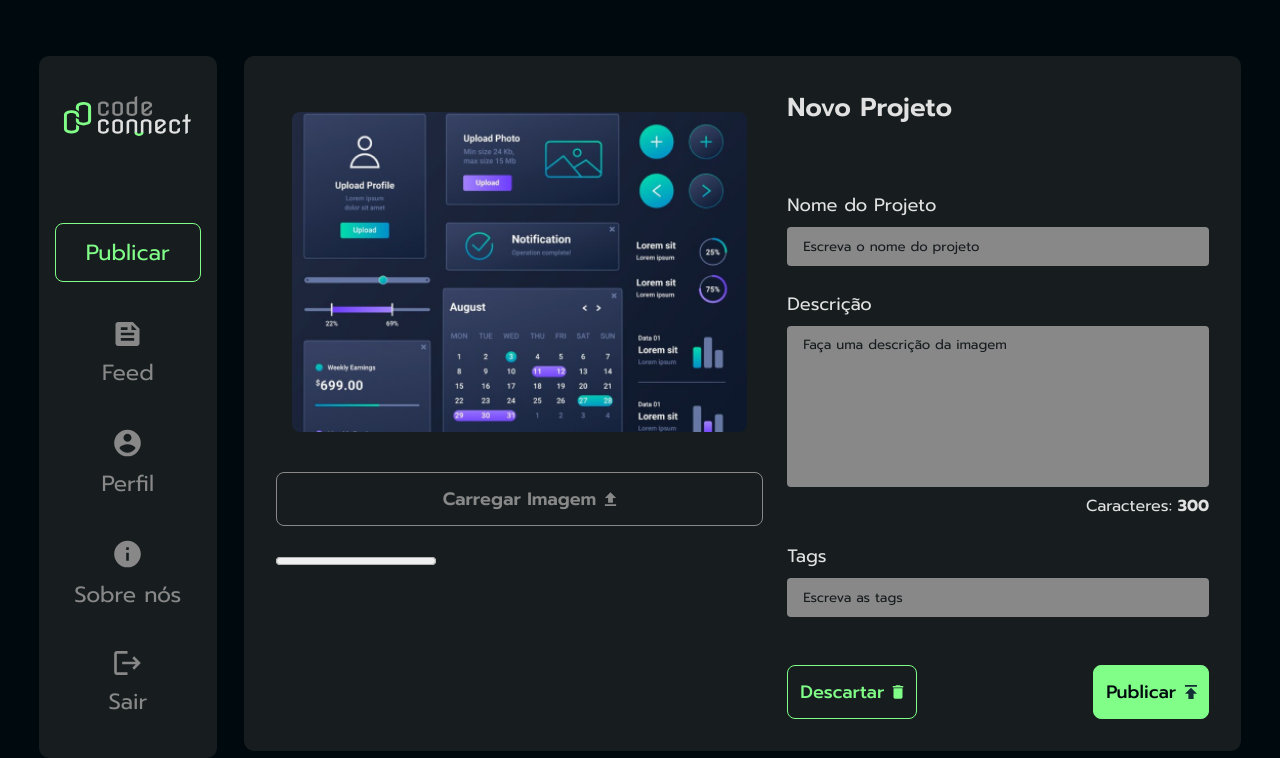
Repository: joaoPraiaJunior/async_await
Page: index.html
An editor plug-in stored every save of this project. The page is shown before and after the next save, followed by the edit.
The browser window is 1280 px wide. The pictures show the whole page.

Above is the page before, as saved 2024-08-29 20:47:52.

### index.html
<!DOCTYPE html>
<html lang="pt-BR" dir="ltr">

<head>
    <meta charset="UTF-8">
    <meta name="viewport" content="width=device-width, initial-scale=1.0">
    <meta name="description" content="Projeto Async Await">
    <link rel="preconnect" href="https://fonts.googleapis.com">
    <link rel="preconnect" href="https://fonts.gstatic.com" crossorigin>
    <link href="https://fonts.googleapis.com/css2?family=Prompt:ital,wght@0,100;0,200;0,300;0,400;0,500;0,600;0,700;0,800;0,900;1,100;1,200;1,300;1,400;1,500;1,600;1,700;1,800;1,900&display=swap" rel="stylesheet">
    <link rel="stylesheet" href="./css/styles.css">
    <title>CodeConnect</title>
</head>

<body>
    <aside class="l-lateral">
        <figure><img src="./img/Logo.svg" alt="Logo do codeconnect"></figure>
        <nav class="c-menu">
            <ul class="c-menu__lista">
                <li class="c-menu__item"><a href="#" class="c-menu__link">Publicar</a></li>
                <li class="c-menu__item"><a href="#" class="c-menu__link"><img src="./img/feed.svg" aria-hidden="true" alt>Feed</a></li>
                <li class="c-menu__item"><a href="#" class="c-menu__link"><img src="./img/account_circle.svg" aria-hidden="true" alt>Perfil</a></li>
                <li class="c-menu__item"><a href="#" class="c-menu__link"><img src="./img/info.svg" aria-hidden="true" alt>Sobre nós</a></li>
                <li class="c-menu__item"><a href="#" class="c-menu__link"><img src="./img/logout.svg" aria-hidden="true" alt>Sair</a></li>
            </ul>
        </nav>
    </aside>

    <main class="l-principal">
        <div class="c-upload-imagem">
            <div class="c-upload-imagem__container">
                <figure class="c-upload-imagem__publicacao">
                    <img src="./img/imagem1.png" data-js="imagem" alt>
                </figure>
            </div>
            <button class="c-upload-imagem__botao" aria-label="carregar imagem" data-js="upload-de-imagem" aria-label="carregar-imagem">Carregar Imagem</button>
            <input type="file" name="imagem" id="imagem" accept="image/*" aria-hidden="true" style="display:none" data-js="input-upload-imagem">
            <div class="c-upload-imagem__descricao" data-js="descricao-da-imagem">

            </div>
            <div class="c-upload-imagem__mensagem-erro">
                <p data-js="mensagem-de-erro" aria-hidden="true"></p>
            </div>
            <div class="c-barra-de-progresso">
                <progress class="c-barra-de-progresso__progresso" id="file" value="0" max="100"></progress>
            </div>
        </div>

        <div class="c-formulario">
            <h1 class="c-formulario__titulo">Novo Projeto</h1>
            <form class="c-formulario__acoes" data-js="formulario">

                <div class="c-formulario__grupo">
                    <label for="projeto">Nome do Projeto</label>
                    <input type="text" name="projeto" id="projeto" placeholder="Escreva o nome do projeto">
                </div>
                <div class="c-formulario__grupo">
                    <label for="descricao">Descrição</label>
                    <textarea name="descricao" id="descricao" placeholder="Faça uma descrição da imagem" maxlength="300" data-js="area-de-texto"></textarea>
                    <p class="c-formulario__contador">Caracteres: <strong data-js="contador-de-caracteres">300</strong></p>
                </div>

                <div class="c-formulario__grupo">
                    <label for="tags">Tags</label>
                    <input type="text" name="tags" id="tags" placeholder="Escreva as tags" data-js="input-tags">
                </div>

                <ul class="c-formulario__lista" data-js="formulario-lista-tags">
                </ul>

                <div class="c-formulario__botoes">
                    <button type="reset" class="c-formulario__botao c-formulario__botao--descartar" data-js="botao-excluir-dados-formulario">Descartar</button>
                    <button type="submit" class="c-formulario__botao c-formulario__botao--salvar">Publicar</button>
                </div>
            </form>
        </div>
    </main>

    <script type="module" src="./js/scripts.js"></script>
</body>

</html>

### css/styles.css
:root {
  /* Cores */
  --background-color: #00090e;
  --cor-do-texto: #e1e1e1;
  --cor-primaria: #81fe88;
  --cor-secundaria: #888888;
  --cor-da-tag: #171d1f;
  --componentes-do-background: #171d1f;

  /* Fontes */
  --fonte-padrao: "Prompt", sans-serif;
}

* {
  margin: 0;
  padding: 0;
  box-sizing: border-box;
}

html {
  font-size: 62.5%;
}

body {
  display: flex;
  justify-content: center;
  align-items: start;
  gap: 2.7rem;
  font-family: var(--fonte-padrao);
  font-size: 1.6rem;
  background-color: var(--background-color);
  color: var(--cor-do-texto);
  padding: 5.6rem 0;
  height: 100vh;
}

.l-lateral {
  text-align: center;
  background-color: var(--componentes-do-background);
  border-radius: 1rem;
  padding: 4rem 1.6rem;
}

.c-menu__lista {
  display: flex;
  flex-direction: column;
  align-items: center;
  gap: 4rem;
  margin-top: 8rem;
  list-style-type: none;
}

.c-menu__link {
  display: flex;
  flex-direction: column;
  align-items: center;
  gap: 1rem;
  font-size: 2.2rem;
  text-decoration: none;
  color: var(--cor-secundaria);
}

.c-menu__lista li:first-of-type a {
  color: var(--cor-primaria);
  border: 0.1rem solid var(--cor-primaria);
  border-radius: 0.8rem;
  padding: 1.2rem 3rem;
}

.l-principal {
  display: flex;
  gap: 2.4rem;
  background-color: var(--componentes-do-background);
  border-radius: 1rem;
  padding: 3.2rem;
}

.c-formulario {
  display: flex;
  flex-direction: column;
  gap: 2.4rem;
  width: 42.2rem;
}

.c-formulario__titulo {
  font-size: 2.6rem;
  font-weight: 600;
  margin-bottom: 4rem;
}

.c-formulario__acoes {
  display: flex;
  flex-direction: column;
  gap: 2.4rem;
}

.c-formulario__grupo label {
  display: block;
  font-size: 1.8rem;
  font-weight: 400;
  margin-bottom: 0.8rem;
  cursor: pointer;
}

.c-formulario__grupo input,
textarea {
  background-color: var(--cor-secundaria);
  font-family: var(--fonte-padrao);
  line-height: 2.25rem;
  border: none;
  border-radius: 0.4rem;
  padding: 0.8rem 1.6rem;
  width: 100%;
}

.c-formulario__grupo textarea {
  resize: none;
  height: 16.1rem;
}

.c-formulario__grupo input {
  height: 3.9rem;
}

.c-formulario__grupo input::placeholder, textarea::placeholder {
  color: var(--componentes-do-background);
}

.c-formulario__grupo label {
  cursor: pointer;
}

.c-formulario__lista {
  display: flex;
  gap: 1.0rem;
  flex-wrap: wrap;
  list-style-type: none;
}

.c-formulario__lista-tags {
  display: flex;
  gap: 1rem;
  color: var(--cor-da-tag);
  background-color: var(--cor-secundaria);
  border-radius: 0.4rem;
  padding: 0.4rem 0.8rem;
  cursor: pointer;
}

.c-formulario__botoes {
  display: flex;
  justify-content: space-between;
  gap: 2.4rem;
}

.c-formulario__botao {
  font-family: var(--fonte-padrao);
  font-size: 1.8rem;
  font-weight: 500;
  text-align: center;
  border-radius: 0.8rem;
  padding: 1.2rem 3.2rem 1.2rem 1.2rem;
  cursor: pointer;
}

.c-formulario__botao--descartar,
.c-formulario__botao--salvar {
  position: relative;
}

.c-formulario__botao--descartar {
  color: var(--cor-primaria);
  background-color: var(--componentes-do-background);
  border: 0.1rem solid var(--cor-primaria);
}

.c-formulario__botao--salvar {
  color: var(--background-color);
  background-color: var(--cor-primaria);
  border: 0.1rem solid var(--cor-primaria);
}

.c-formulario__botao--descartar::after,
.c-formulario__botao--salvar::after,
.c-upload-imagem__botao::after {
  content: "";
  display: inline-block;
  position: absolute;
  top: 50%;
  background-size: contain;
  background-repeat: no-repeat;
  margin-left: 0.8rem;
  width: 1.5rem;
  height: 1.5rem;
  transform: translateY(-50%);
}

.c-formulario__botao--descartar::after {
  background-image: url("../img/trash.svg");
}

.c-formulario__botao--salvar::after {
  background-image: url("../img/arrow_forward2.svg");
}

.c-upload-imagem__botao::after {
  background-image: url("../img/upload.svg");
}

.c-formulario__contador {
  text-align: right;
}

.c-upload-imagem__publicacao {
  background-color: var(--secundary-color);
  border-radius: 0.8rem;
  padding: 2.4rem 1.6rem;
  height: 36.8rem;
}

.c-upload-imagem__publicacao img {
  border-radius: 0.8rem;
  object-fit: cover;
  height: 100%;
}

.c-upload-imagem__botao {
  position: relative;
  color: var(--cor-secundaria);
  background-color: var(--componentes-do-background);
  font-family: var(--fonte-padrao);
  font-size: 1.8rem;
  font-weight: 600;
  text-align: center;
  margin: 1.6rem 0 0.8rem 0;
  border: 0.1rem solid var(--cor-secundaria);
  border-radius: 0.8rem;
  padding: 1.2rem;
  width: 100%;
  cursor: pointer;
}

.c-upload-imagem__descricao {
  display: flex;
  gap: 0.8rem;
  color: var(--secundary-color);
  font-size: 1.5rem;
}

.c-upload-imagem__descricao img {
  cursor: pointer;
}

.c-upload-imagem__mensagem-erro {
  margin-top: 1.5rem;
}


.piscar {
  animation: piscar 1.5s infinite;
}

@keyframes piscar {
  0% {
    opacity: 1;
  }
  50% {
    opacity: 0.5;
  }
  100% {
    opacity: 1;
  }
}

.c-botao {
  position: relative;
  background-color: transparent;
  border: none;
  width: .9rem;
  height: 2.2rem;
  cursor: pointer;
}

.c-botao::after {
  content: "";
  position: absolute;
  top: 50%;
  display: inline-block;
  background-size: contain;
  background-repeat: no-repeat;
  width: .9rem;
  height: .9rem;
  transform: translate(-50%, -50%);
}

.c-botao--excluir::after {
  background-image: url("../img/close-black.svg");
}

.c-botao--fechar::after {
  background-image: url("../img/close.svg");
}

### js/modulos/contadorDeCaracteres.js
function contadorDeCaracteres() {

    const elementos = {
        areaDeTexto: '[data-js="area-de-texto"]',
        contador: '[data-js="contador-de-caracteres"]',
    }

    const areaDeTexto = document.querySelector(elementos.areaDeTexto);
    const contador = document.querySelector(elementos.contador);
    const limiteDeCaracteres = areaDeTexto.getAttribute('maxlength');

    contador.textContent = parseInt(limiteDeCaracteres) - parseInt(areaDeTexto.value.length);
}

export default contadorDeCaracteres;

### js/modulos/criarTagsDoProjeto.js
import exibirTagsDisponiveis from './exibirTagsDisponiveis.js';
import manipularMensagemDeErro from './manipularMensagemDeErro.js';

async function criarTagsDoProjeto(evento) {

    const elementos = {
        inputTags: '[data-js="input-tags"]',
        formularioListaTags: '[data-js="formulario-lista-tags"]',
    }

    const inputTags = document.querySelector(elementos.inputTags);
    const formularioListaTags = document.querySelector(elementos.formularioListaTags);
    const tecla = evento.key;

    if (tecla === 'Enter') {
        evento.preventDefault();
        const nomeDaTag = evento.target.value.trim();
        if (nomeDaTag !== '') {
            try {
                const tagJaExiste = await exibirTagsDisponiveis(nomeDaTag);
                if (tagJaExiste) {
                    const li = document.createElement('li');
                    const p = document.createElement('p');
                    const botao = document.createElement('button');
                    li.classList.add('c-formulario__lista-tags');
                    botao.classList.add('c-botao', 'c-botao--excluir');
                    botao.setAttribute('aria-label', 'Excluir tag');
                    botao.setAttribute('type', 'button');
                    botao.dataset.js = 'botao-excluir-tag';
                    p.textContent = tagJaExiste;
                    li.appendChild(p);
                    li.appendChild(botao);
                    formularioListaTags.appendChild(li);
                    inputTags.value = '';
                } else {
                    manipularMensagemDeErro('Tag não encontrada');
                    inputTags.value = '';
                }
            } catch (erro) {
                manipularMensagemDeErro('Erro ao criar tag', erro);
            }
        }
    }
}

export default criarTagsDoProjeto;

### js/modulos/descartarDadosDoFormulario.js
import elementosQueResetamFormulario from './elementosQueResetamFormulario.js';

function descartarDadosDoFormulario(evento) {
    evento.preventDefault();
    elementosQueResetamFormulario();
}

export default descartarDadosDoFormulario;

### js/modulos/enviarDados.js
import manipularMensagemDeErro from './manipularMensagemDeErro.js';
import publicarDadosDoProjeto from './publicarDadosDoProjeto.js';

async function enviarDados(evento) {

    const elementos = {
        formularioListaTags: '[data-js="formulario-lista-tags"]',
        formulario: '[data-js="formulario"]',
        inputUploadImagem: '[data-js="input-upload-imagem"]',
    }

    const formularioListaTags = document.querySelector(elementos.formularioListaTags);
    const formulario = document.querySelector(elementos.formulario);
    const inputUploadImagem = document.querySelector(elementos.inputUploadImagem);

    evento.preventDefault();

    const nomeDoProjeto = formulario.projeto;
    const descricaoDoProjeto = formulario.descricao;
    const tags = Array.from(formularioListaTags.children).map(tag => tag.querySelector('p').textContent);
    const imagemDoProjeto = inputUploadImagem;

    try {
        const mensagem = await publicarDadosDoProjeto({nomeDoProjeto, descricaoDoProjeto, tags, imagemDoProjeto});
        manipularMensagemDeErro(mensagem);
    } catch (erro) {
        manipularMensagemDeErro(erro);
    }
}

export default enviarDados;

### js/modulos/excluirImagemApresentada.js
function excluirImagemApresentada(evento) {

    const elementos = {
        imagem: '[data-js="imagem"]',
        descricaoDaImagem: '[data-js="descricao-da-imagem"]',
        inputUploadDeImagem: '[data-js="input-upload-imagem"]',
        uploadDeImagem: '[data-js="upload-de-imagem"]',
    }

    const imagem = document.querySelector(elementos.imagem);
    const descricaoDaImagem = document.querySelector(elementos.descricaoDaImagem);
    const inputUploadDeImagem = document.querySelector(elementos.inputUploadDeImagem);
    const uploadDeImagem = document.querySelector(elementos.uploadDeImagem);
    const botaoExcluir = evento.target.closest('[data-js="botao-excluir-imagem"]');

    if(botaoExcluir){
        imagem.src = './img/imagem1.png';
        descricaoDaImagem.innerHTML = '';
        inputUploadDeImagem.value = ''
        uploadDeImagem.focus();
    }
}

export default excluirImagemApresentada;

### js/modulos/excluirTag.js

function excluirTag(evento) {

    const elementos = {
        formularioListaTags: '[data-js="formulario-lista-tags"]',
    }

    const formularioListaTags = document.querySelector(elementos.formularioListaTags);
    const botaoExcluir = evento.target.closest('[data-js="botao-excluir-tag"]');

    if (botaoExcluir) {
        const tagEscolhida = botaoExcluir.parentElement;
        formularioListaTags.removeChild(tagEscolhida);
    }
}

export default excluirTag;

### js/modulos/uploadDeImagem.js
import descricaoDaImagemEscolhida from './descricaoDaImagemEscolhida.js';
import lerConteudoDoArquivo from './lerConteudoDoArquivo.js';
import manipularMensagemDeErro from './manipularMensagemDeErro.js';

async function uploadDeImagem(evento) {

    const elementos = {
        imagem: '[data-js="imagem"]',
        descricaoDaImagem: '[data-js="descricao-da-imagem"]',
    }

    const imagem = document.querySelector(elementos.imagem);
    const descricaoDaImagem = document.querySelector(elementos.descricaoDaImagem);
    const arquivo = evento.target.files[0];

    if (!arquivo) {

        manipularMensagemDeErro('Nenhum arquivo selecionado.');
        return;

    } else {

        try {
            const conteudoDoArquivo = await lerConteudoDoArquivo(arquivo);
            imagem.src = conteudoDoArquivo.url;
            descricaoDaImagem.innerHTML = descricaoDaImagemEscolhida(arquivo.name);
            manipularMensagemDeErro(null); // Limpa a mensagem

        } catch (erro) {

            manipularMensagemDeErro(erro); // Exibe o erro
        }

    }
}

export default uploadDeImagem;

### js/modulos/exibirTagsDisponiveis.js
import barraDeProgresso from "./barraDeProgresso.js";


let contador = 0;

function exibirTagsDisponiveis(tagTexto) {

    const tagsDisponiveis = [
        "Front-end",
        "Programação",
        "Data Science",
        "Full-stack",
        "HTML",
        "CSS",
        "JavaScript",
        "React",
        "Angular",
        "Vue",
        "Back-end",
    ];

    return new Promise((resolve) => {

        setTimeout(() => {
            resolve(tagsDisponiveis.find(tag => tagTexto.toLowerCase() === tag.toLowerCase()));
            barraDeProgresso(contador);
        }, 1000);

    });
}

export default exibirTagsDisponiveis;

### js/modulos/manipularMensagemDeErro.js

let ajustarAnimacao = null;

function manipularMensagemDeErro(erro) {

    const elementos = {
        mensagemDeErro: '[data-js="mensagem-de-erro"]',
    }

    const mensagemDeErro = document.querySelector(elementos.mensagemDeErro);

    if (erro) {
        mensagemDeErro.textContent = erro;
        mensagemDeErro.classList.add('piscar');
        mensagemDeErro.setAttribute('aria-hidden', false);
        mensagemDeErro.setAttribute('role', 'alert');
        mensagemDeErro.setAttribute('tabindex', 0); // Para que o leitor de tela leia a mensagem
        pararAnimacao();
        animacao();
    } else {
        mensagemDeErro.textContent = '';
    }

    function animacao() {
        ajustarAnimacao = setTimeout(() => {
            mensagemDeErro.textContent = '';
            mensagemDeErro.classList.remove('piscar');
            mensagemDeErro.setAttribute('aria-hidden', true);
            mensagemDeErro.removeAttribute('role');
            mensagemDeErro.removeAttribute('tabindex');
        }, 15000);
    }

    function pararAnimacao() {
        if (ajustarAnimacao) {
            clearTimeout(ajustarAnimacao);
            ajustarAnimacao = null;
        }
    }
}



export default manipularMensagemDeErro

### js/modulos/elementosQueResetamFormulario.js

function elementosQueResetamFormulario() {

    const elementos = {
        imagem: '[data-js="imagem"]',
        descricaoDaImagem: '[data-js="descricao-da-imagem"]',
        formularioListaTags: '[data-js="formulario-lista-tags"]',
        formulario: '[data-js="formulario"]',
        inputUploadDeImagem: '[data-js="input-upload-imagem"]',
    }

    const imagem = document.querySelector(elementos.imagem);
    const descricaoDaImagem = document.querySelector(elementos.descricaoDaImagem);
    const formulario = document.querySelector(elementos.formulario);
    const formularioListaTags = document.querySelector(elementos.formularioListaTags);
    const inputUploadDeImagem = document.querySelector(elementos.inputUploadDeImagem);


    formulario.reset();
    imagem.src = './img/imagem1.png';
    descricaoDaImagem.innerHTML = '';
    formularioListaTags.innerHTML = '';
    inputUploadDeImagem.value = '';
}


export default elementosQueResetamFormulario;

### js/modulos/publicarDadosDoProjeto.js
import dadosNoLocalStorage from './dadosNoLocalStorage.js';
import validaDadosFormulario from './validaDadosFormulario.js';

async function publicarDadosDoProjeto(dados) {


    return new Promise((resolve, reject) => {
        setTimeout(() => {
            const erroDados = validaDadosFormulario(dados);

            if (erroDados) {
                return reject(erroDados);
            }

            const envio = dadosNoLocalStorage(dados);

            if (envio) {
                resolve('Projeto publicado com sucesso');

            } else {
                reject('Erro ao publicar projeto');
            }
        }, 2000);

    });
}

export default publicarDadosDoProjeto;

### js/modulos/descricaoDaImagemEscolhida.js
function descricaoDaImagemEscolhida(nomeDaImagem) {

    const paragrafo = document.createElement('p');
    paragrafo.textContent = nomeDaImagem;
    const botao = document.createElement('button');
    botao.classList.add('c-botao', 'c-botao--fechar');
    botao.setAttribute('aria-label', 'Exluir imagem');
    botao.setAttribute('type', 'button');
    botao.dataset.js = 'botao-excluir-imagem';

    return `${paragrafo.outerHTML} ${botao.outerHTML}`;

}

export default descricaoDaImagemEscolhida;

### js/modulos/lerConteudoDoArquivo.js

import validaImagem from './validaImagem.js';

function lerConteudoDoArquivo(arquivo) {

    return new Promise((resolve, reject) => {
        const leitor = new FileReader();
        leitor.onload = () => {

            const erro = validaImagem(arquivo)

            if (erro) {
                return reject(erro);
            }

            resolve({ url: leitor.result, nome: arquivo.name });
        }

        leitor.onerror = () => {
            reject(`Erro na leitura do arquivo ${arquivo.name}`);
        }

        leitor.readAsDataURL(arquivo);
    });
}

export default lerConteudoDoArquivo;

### js/modulos/barraDeProgresso.js
function barraDeProgresso(contador) {
    console.log(`Progresso: ${contador + 1 * 100}%`);
}

export default barraDeProgresso;

### js/modulos/dadosNoLocalStorage.js
import elementosQueResetamFormulario from './elementosQueResetamFormulario.js';
import lerConteudoDoArquivo from './lerConteudoDoArquivo.js';

async function dadosNoLocalStorage(dados) {

    const projetoNoLOcalStorage = JSON.parse(localStorage.getItem('Projeto')) || [];

    const { nomeDoProjeto, descricaoDoProjeto, tags, imagemDoProjeto } = dados;



    const imagem = await lerConteudoDoArquivo(imagemDoProjeto.files[0]);
    const nomeDaImagem = imagem.nome;
    const urlDaImagem = imagem.url;

    const dadosDoProjeto = {
        nomeDoProjeto: nomeDoProjeto.value,
        descricaoDoProjeto: descricaoDoProjeto.value,
        tags: tags,
        urlDaImagem: urlDaImagem,
        nomeDaImagem: nomeDaImagem
    };

    projetoNoLOcalStorage.push(dadosDoProjeto);

    localStorage.setItem('Projeto', JSON.stringify(projetoNoLOcalStorage));

    elementosQueResetamFormulario();
}

export default dadosNoLocalStorage;

### js/modulos/validaDadosFormulario.js
import validaInputFile from "./validaInputFile.js";
import validaInputs from "./validaInputs.js";
import verificaListaDeTags from "./verificaListaDeTags.js";


function validaDadosFormulario(dados) {

    const {nomeDoProjeto, descricaoDoProjeto, tags, imagemDoProjeto} = dados;

    if(!validaInputFile(imagemDoProjeto)) {
        return 'Adicione uma imagem ao projeto';
    }

    if(!validaInputs(nomeDoProjeto, descricaoDoProjeto)) {
        return 'Verifique se os campos Nome do Projeto e Descrição estão preenchidos';
    }

    if(!verificaListaDeTags(tags)) {
        return 'Adicione pelo menos uma tag';
    }

    return null; // Se erro.
}

export default validaDadosFormulario;

### js/modulos/validaImagem.js
import validaExtensaoDaImagem from './validaExtensaoDaImagem.js';
import validaTamanhoDaImagem from './validaTamanhoDaImagem.js';

function validaImagem(arquivo) {

    if (!validaExtensaoDaImagem(arquivo)) {
        return 'Extensão não permitida. Por favor, envie uma imagem no formato JPEG, PNG, JPG ou GIF';
    }

    if (!validaTamanhoDaImagem(arquivo)) {
        return 'Tamanho da imagem não permitido. Por favor, envie uma imagem de até 2MB';
    }

    return null; // Sem erro
}

export default validaImagem;

### js/modulos/validaInputFile.js
function validaInputFile(imagemDoProjeto) {
    if(imagemDoProjeto.files.length === 0) {
        return false;
    }

    return true;
}

export default validaInputFile;

### js/modulos/validaInputs.js
function validaInputs(nomeDoProjeto, descricaoDoProjeto) {

    if(!nomeDoProjeto.value || !descricaoDoProjeto.value) {
        return false;
    }

    return true;
}

export default validaInputs;

### js/modulos/verificaListaDeTags.js


function verificaListaDeTags(tags) {
    if(tags.length === 0 || !Array.isArray(tags)) {
        return false;
    }

    return true;
}

export default verificaListaDeTags;

### js/modulos/validaExtensaoDaImagem.js
function validaExtensaoDaImagem(arquivo) {

    const extensoesPermitidas = ['image/jpeg', 'image/png', 'image/jpg', 'image/gif'];
    return extensoesPermitidas.includes(arquivo.type);
}

export default validaExtensaoDaImagem;

### js/modulos/validaTamanhoDaImagem.js
function validaTamanhoDaImagem(arquivo) {

    const tamanhoPermitidoDoisMB = 1024 * 1024 * 2;
    return arquivo.size <= tamanhoPermitidoDoisMB;
}

export default validaTamanhoDaImagem;

Loaded but not shown: js/scripts.js (48 lines, source omitted)

After the next save:
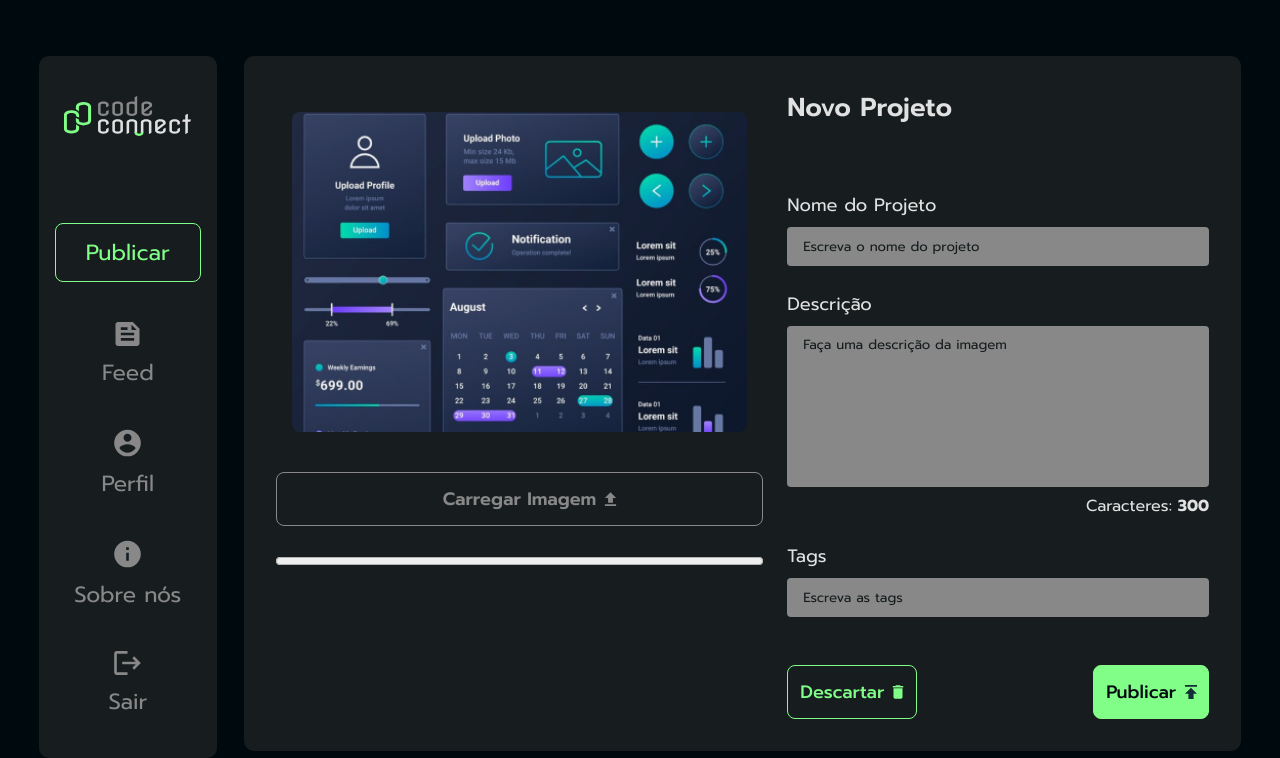
Saved 2 min 25 s later.
--- a/css/styles.css
+++ b/css/styles.css
@@ -300,3 +300,7 @@ textarea {
 .c-botao--fechar::after {
   background-image: url("../img/close.svg");
 }
+
+.c-barra-de-progresso__progresso {
+  width: 100%
+}
